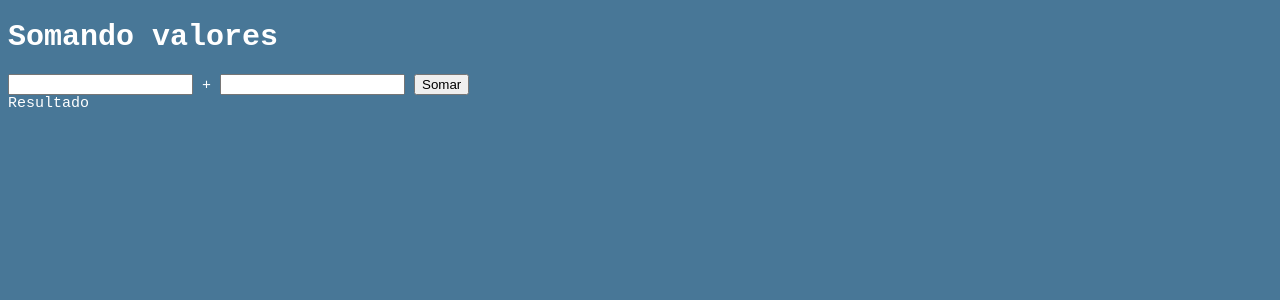
Repository: Iamjordana/Curso-JavaScript
Page: ex007/index.html
An editor plug-in stored every save of this project. The page is shown before and after the next save, followed by the edit.
The browser window is 1280 px wide. The pictures show the whole page.

Above is the page before, as saved 2025-02-17 13:44:00.

After the next save:
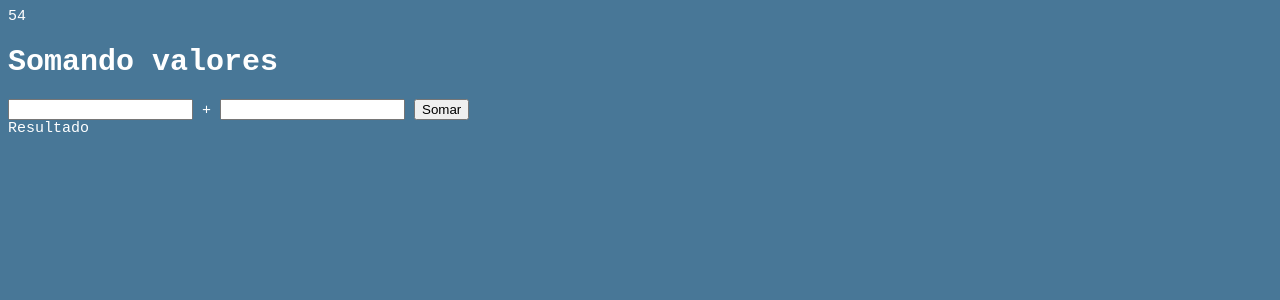
Saved 9 s later.
--- a/ex007/index.html
+++ b/ex007/index.html
@@ -14,7 +14,7 @@
     </style>
 </head>
 <body>
-
+    54
     <h1>Somando valores</h1>
     <input type="number" name="txtn1" id="txtn1"> +
     <input type="number" name="txtn2" id="txtn2">

After the save that followed:
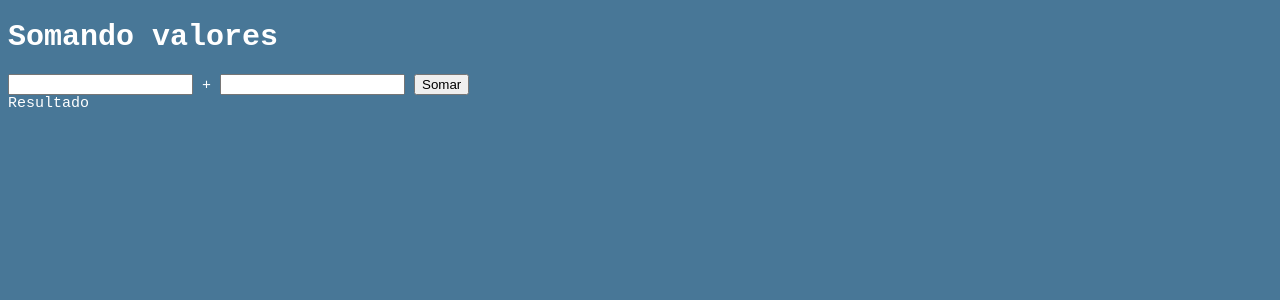
Saved 4 s later.
--- a/ex007/index.html
+++ b/ex007/index.html
@@ -14,7 +14,6 @@
     </style>
 </head>
 <body>
-    54
     <h1>Somando valores</h1>
     <input type="number" name="txtn1" id="txtn1"> +
     <input type="number" name="txtn2" id="txtn2">
